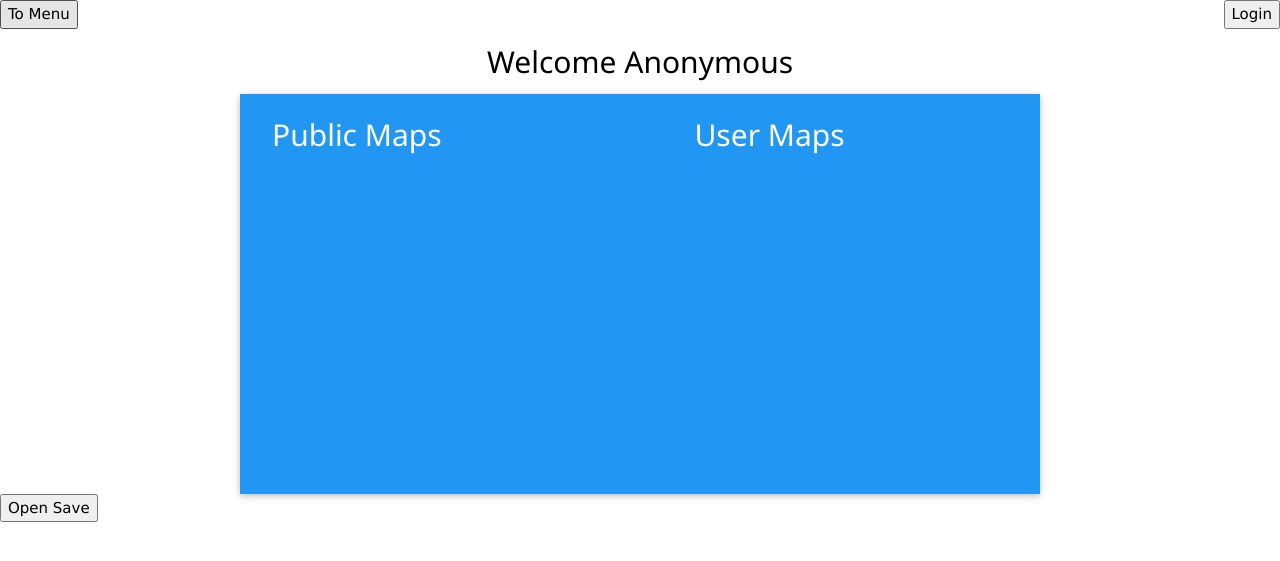
Repository: ReactorDevelopment/environment
Page: public/database.html
The author's editor kept a record of every edit. The page is drawn from the files as they stood at one moment, then again after the next edit.
The browser window is 1280 px wide. The pictures show the whole page.
The page's requests for data from a server got no answer.

Above is the page before.

After the next edit:
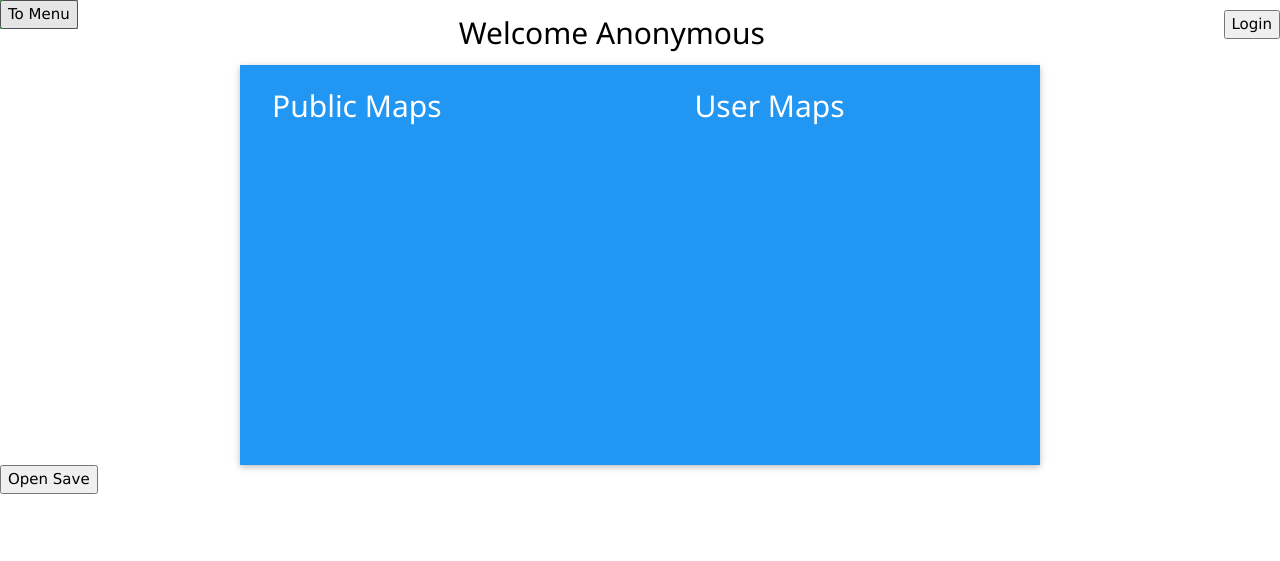
The edit:
--- a/public/database.html
+++ b/public/database.html
@@ -8,9 +8,9 @@
     <link rel="stylesheet" href="https://www.w3schools.com/w3css/4/w3.css">
     <body>
         <div style="position: absolute; top: 0;" class="w3-green">
+            <button onclick="toMenu()">To Menu</button>
 
         </div>
-        <button onclick="toMenu()">To Menu</button>
         <button id="loginBtn" style="float: right"></button>
         <h2 id="welcome" class="w3-center"></h2>
         <div style="height:400px; width:800px; margin: auto;" class="w3-container w3-blue w3-card">
